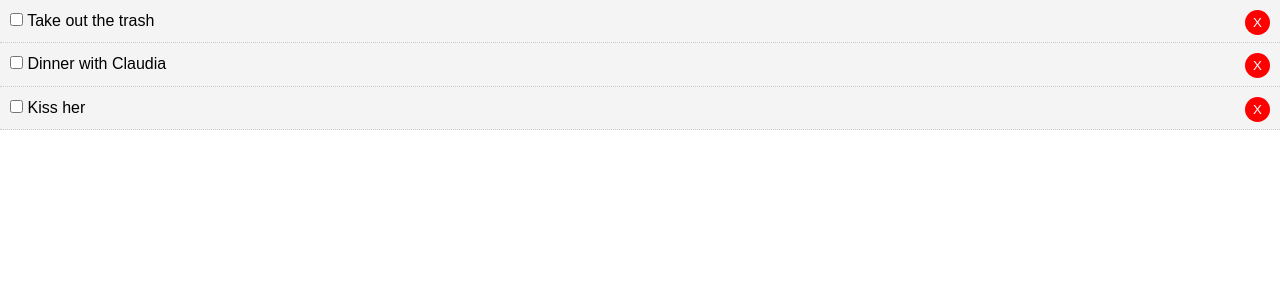
Repository: konstantin0s/todo-react
Page: /
The author's editor kept a copy of each file at every save. The page is drawn from the files as they stood at one save, then again after the next save.
The browser window is 1280 px wide. The pictures show the whole page.
The project was rebuilt for these pictures with package versions that can differ from the ones it lists, and the page was loaded fresh each time.

Above is the page before, as saved 2019-03-09 16:08:36.

### public/index.html
<!DOCTYPE html>
<html lang="en">
  <head>
    <meta charset="utf-8" />
    <link rel="shortcut icon" href="%PUBLIC_URL%/favicon.ico" />
    <meta
      name="viewport"
      content="width=device-width, initial-scale=1, shrink-to-fit=no"
    />
    <meta name="theme-color" content="#000000" />

    <link rel="manifest" href="%PUBLIC_URL%/manifest.json" />

    <title>ToDoList</title>
  </head>
  <body>
    <noscript>You need to enable JavaScript to run this app.</noscript>
    <div id="root"></div>

  </body>
</html>

### src/App.js
import React, { Component } from 'react';
import Todos from './components/Todos';
import Header from './components/layout/Header';
import './App.css';

class App extends Component {
  state = {
    todos: [
      {
        id: 1,
        title: 'Take out the trash',
        completed: false
      },
      {
        id: 2,
        title: 'Dinner with Claudia',
        completed: false
      },
      {
        id: 3,
        title: 'Kiss her',
        completed: false
      }
    ]
  }

  //Toggle complete
  markComplete = (id) => {
    this.setState( { todos: this.state.todos.map(todo => {
      if(todo.id === id) {
            todo.completed = !todo.completed
      }
      return todo;
    }) } );
 }

 delTodo = (id) => {
   this.setState({ todos: [...this.state.todos.filter(todo => todo.id !== id)] });
 }

  render() {
    console.log(this.state.todos);
    return (
      <div className="App">
        <Todos todos={this.state.todos} markComplete={this.markComplete}
        delTodo={this.delTodo} />
      </div>
    );
  }
}

export default App;

### src/components/Todos.js
import React, { Component } from 'react';
import TodoItem from './TodoItem';
import PropTypes from 'prop-types';


class Todos extends Component {


  render() {
    return this.props.todos.map((todo) => (
      <TodoItem key={todo.id} todo={todo} markComplete=
      {this.props.markComplete} delTodo={this.props.delTodo} />
    ));
  }
}
//Proptypes
Todos.propTypes = {
  todos: PropTypes.array.isRequired
}

export default Todos;

### src/components/TodoItem.js
import React, { Component } from 'react';
import PropTypes from 'prop-types';

class TodoItem extends Component {

  getStyle = () => {
    return  {
      background: '#f4f4f4',
      padding: '10px',
      borderBottom: '1px #ccc dotted',
      textDecoration: this.props.todo.completed ?
      'line-through' : 'none'
    }
  }

  render() {
    const { id, title } = this.props.todo;
    return (
   <div style={this.getStyle()}>
     <p>
       <input type="checkbox" onChange={this.props.markComplete.bind
      (this, id)}/> { '' }
     { title }
     <button onClick={this.props.delTodo.bind(this, id)} style={btnStyle}>X</button>
     </p>
   </div>
    )
  }
}

TodoItem.propTypes = {
  todo: PropTypes.object.isRequired
}

const btnStyle = {
  backgroundColor: '#ff0000',
  color: '#fff',
  border: 'none',
  padding: '5px 8px',
  borderRadius: '50%',
  cursor: 'pointer',
  float: 'right'
}

export default TodoItem;

### src/components/layout/Header.js
import React from 'react'

export default function Header() {
  return (
   <header>
     <h1>ToDoList</h1>
   </header>
  )
}

Loaded but not shown: src/index.js (common file); src/App.css (common file)

After the next save:
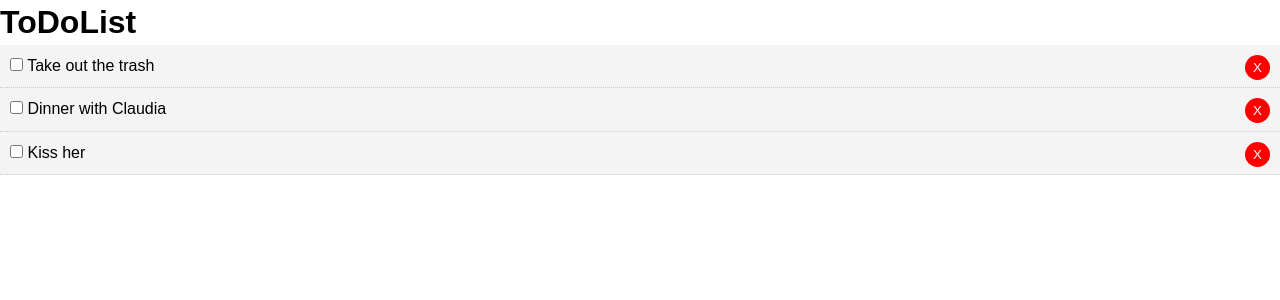
Saved 18 s later.
--- a/src/App.js
+++ b/src/App.js
@@ -42,6 +42,7 @@ class App extends Component {
     console.log(this.state.todos);
     return (
       <div className="App">
+      <Header />
         <Todos todos={this.state.todos} markComplete={this.markComplete}
         delTodo={this.delTodo} />
       </div>
